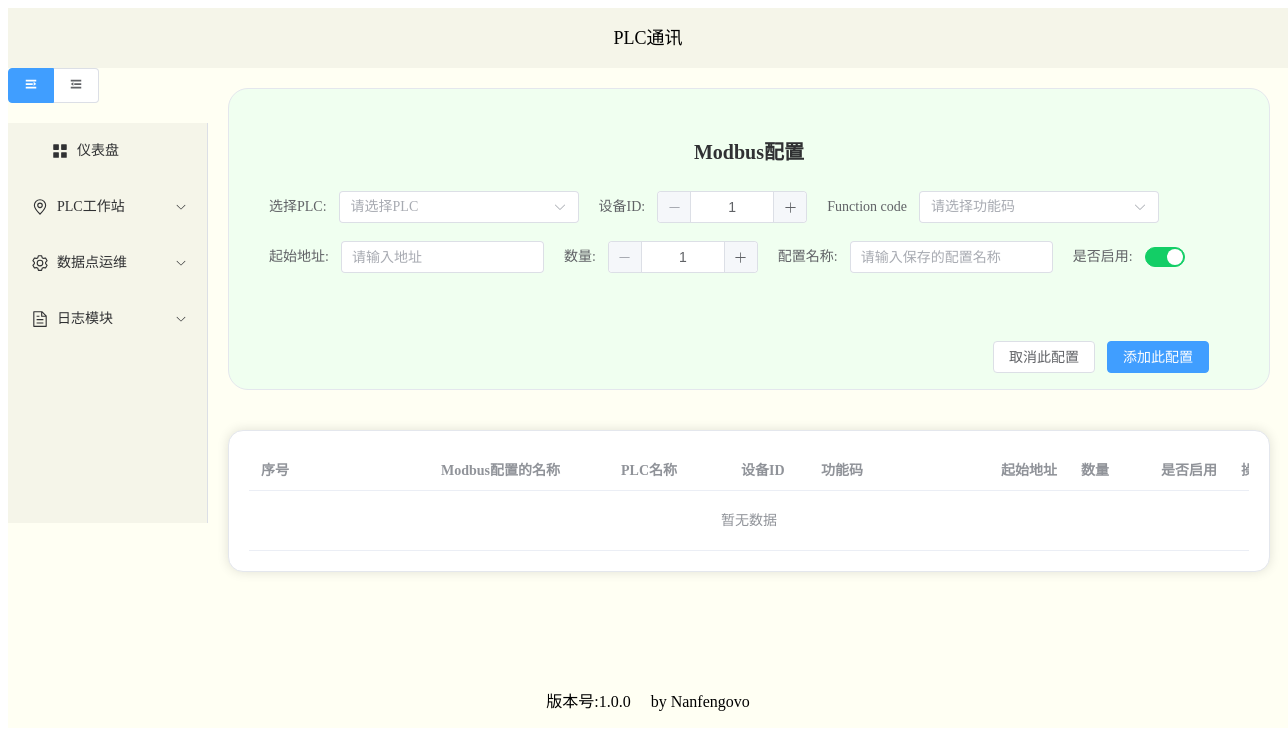
Repository: nanfengovo/HelperWorkStation
Page: /#/frameWork/DataPointOperations/Modbus (app in HelperWorkStation/plchelper-ui/)
These files come from the project's save history. The page is drawn as it stood at one moment and after the next save; the edit follows.
The browser window is 1280 px wide. The page is 1288 px wide, so the pictures cover 1288 px, including what lies to the right of the window. The pictures show the whole page.
The page's requests for data from a server got no answer. The project was rebuilt for these pictures with package versions that can differ from the ones it lists, and the page was loaded fresh each time. No one was signed in, and anything a server would have sent is missing. Also part of the build but not shown: HelperWorkStation/plchelper-ui/vite.config.ts, HelperWorkStation/plchelper-ui/src/views/Login/index.vue.

Above is the page before, as saved 2025-02-11 22:52:18.

After the next save:
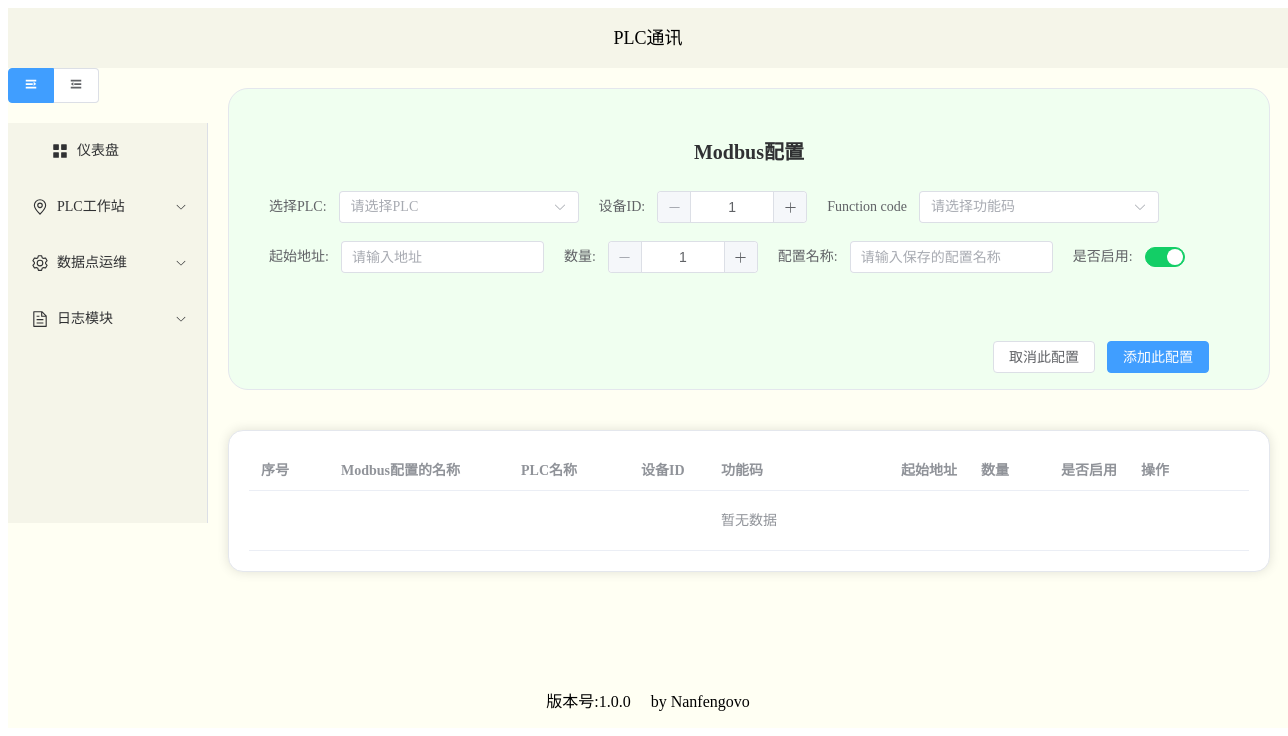
Saved 6 min 30 s later.
--- a/HelperWorkStation/plchelper-ui/src/views/FrameWork/layout/DataPointOperations/Modbus/index.vue
+++ b/HelperWorkStation/plchelper-ui/src/views/FrameWork/layout/DataPointOperations/Modbus/index.vue
@@ -75,7 +75,7 @@
 
         <el-card style="width: 100%" shadow="always" class="Modbus-card" >
             <el-table :data="ModbusData" stripe style="width: 100%" >
-                <el-table-column prop="id" label="序号" width="180" />
+                <el-table-column prop="id" label="序号" width="80" />
                 <el-table-column prop="modbusName" label="Modbus配置的名称" width="180" />
                 <el-table-column prop="plcName" label="PLC名称" width="120" />
                 <el-table-column prop="slaveId" label="设备ID" />
